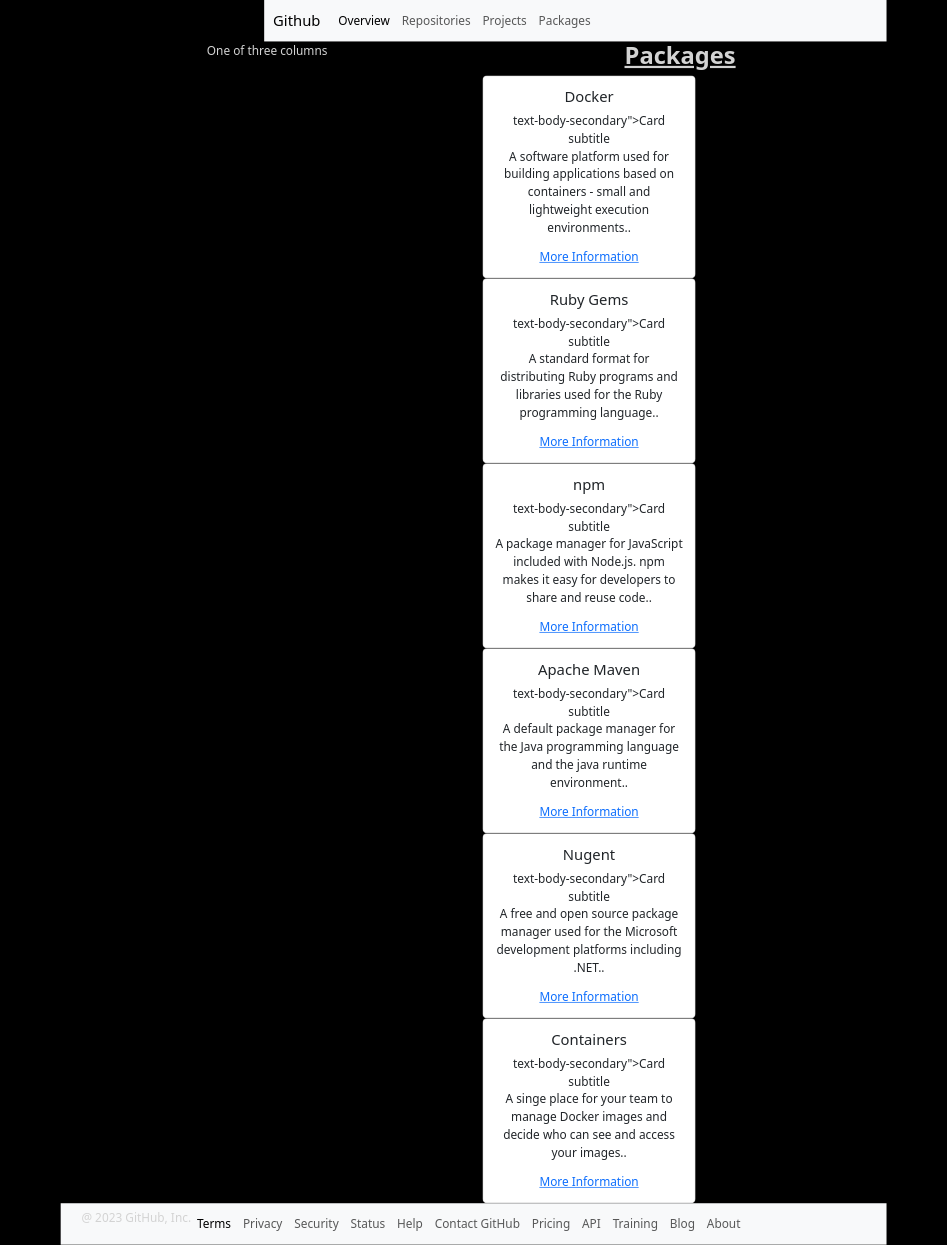
Repository: nss-evening-cohort-E23/gitsub-pull-request-posse
Page: packages.html
The author's editor kept a copy of each file at every save. The page is drawn from the files as they stood at one save, then again after the next save.
The browser window is 1280 px wide. The pictures show the whole page, at 74% of full size.

Above is the page before, as saved 2023-05-09 17:28:24.

### packages.html
<!DOCTYPE html>
<html lang="en">
<head>
  <meta charset="UTF-8">
  <meta http-equiv="X-UA-Compatible" content="IE=edge">
  <meta name="viewport" content="width=device-width, initial-scale=1.0">
  <link href="https://cdn.jsdelivr.net/npm/bootstrap@5.3.0-alpha3/dist/css/bootstrap.min.css" rel="stylesheet" integrity="sha384-KK94CHFLLe+nY2dmCWGMq91rCGa5gtU4mk92HdvYe+M/SXH301p5ILy+dN9+nJOZ" crossorigin="anonymous">
  <link rel="stylesheet" href="packages.css">
  <title>Packages</title>
</head>
<body>
  <div class="container" id="master">
    <div id="navigate">
      <nav class="navbar navbar-expand-lg bg-body-tertiary">
        <div class="container-fluid">
          <a class="navbar-brand" href="#">Github</a>
          <button class="navbar-toggler" type="button" data-bs-toggle="collapse" data-bs-target="#navbarNavAltMarkup" aria-controls="navbarNavAltMarkup" aria-expanded="false" aria-label="Toggle navigation">
            <span class="navbar-toggler-icon"></span>
          </button>
          <div class="collapse navbar-collapse" id="navbarNavAltMarkup">
            <div class="navbar-nav">
              <a class="nav-link active" aria-current="page" href="#">Overview</a>
              <a class="nav-link" href="#">Repositories</a>
              <a class="nav-link" href="#">Projects</a>
              <a class="nav-link" href="#">Packages</a>
            </div>
          </div>
        </div>
      </nav>
    </div>
   <div class="container text-center">
    <div class="row align-items-start">
    <!-- 2 columns | first column for static bio -->
    <div class="col" id="bio">
      One of three columns

    </div>
    <div class="col">
      <h2><b><u>Packages</u></b></h2>
      <div id="packages"></div>
    </div>
  </div>
</div>
<!-- Footer -->

<div class="footer">
<nav class="navbar navbar-expand-lg bg-body-tertiary">
  <div class="container-fluid">
    <a class="navbar-brand" href="#"></a>
    <button class="navbar-toggler" type="button" data-bs-toggle="collapse" data-bs-target="#navbarNav" aria-controls="navbarNav" aria-expanded="false" aria-label="Toggle navigation">
      <span class="navbar-toggler-icon"></span>
    </button>
    <div class="collapse navbar-collapse" id="footer">
      <p>@ 2023 GitHub, Inc.</p>
      <div id="ftr-links">
      <ul class="navbar-nav">
        <li class="nav-item">
          <a class="nav-link active" aria-current="page" href="#">Terms</a>
        </li>
        <li class="nav-item">
          <a class="nav-link" href="#">Privacy</a>
        </li>
        <li class="nav-item">
          <a class="nav-link" href="#">Security</a>
        </li>
        <li class="nav-item">
          <a class="nav-link" href="#">Status</a>
        </li>
        <li class="nav-item">
          <a class="nav-link" href="#">Help</a>
        </li>
      </ul>

      <ul class="navbar-nav">
        <li class="nav-item">
          <a class="nav-link" href="#">Contact GitHub</a>
        </li>
        <li class="nav-item">
          <a class="nav-link" href="#">Pricing</a>
        </li>
        <li class="nav-item">
          <a class="nav-link" href="#">API</a>
        </li>
        <li class="nav-item">
          <a class="nav-link" href="#">Training</a>
        </li>
        <li class="nav-item">
          <a class="nav-link" href="#">Blog</a>
        </li>
        <li class="nav-item">
          <a class="nav-link" href="#">About</a>
        </li>
      </ul>
    </div>
  </div>
</nav>
</div>
</div>
</div>
</div>
  <script src="main.js"></script>
</body>
</html>

### packages.css
body {
  background-color: black;
  color: lightgray;
  flex: auto;
}

#master {
  display: flex;
  flex-direction: column;
  height: 100vh;
}

#navigate {
  flex: none;

  margin-left: 275px;

}

.footer {
  margin-top: auto;
  justify-content: space-around;

}

#ftr-links {
  display: flex;
  flex-direction: row;
  justify-content: space-between;

}

#packages {


}

### main.js

const renderToDom = (divId, htmltoRender) => {
  let targetedDiv = document.getElementById(divId);
  targetedDiv.innerHTML = htmltoRender;
};

const reposCardsOnDom = () => {
  let domString = "";
  domString += `

  `;
};

// packages array
const packages = [
  {
    id: 1,
    name: 'Docker',
    description: 'A software platform used for building applications based on containers - small and lightweight execution environments.',

  },

  {
    id: 2,
    name: 'Ruby Gems',
    description: 'A standard format for distributing Ruby programs and libraries used for the  Ruby programming language.',

  },

  {
    id: 3,
    name: 'npm',
    description: 'A package manager for JavaScript included with Node.js. npm makes it easy for developers to share and reuse code.',

  },

  {
    id: 4,
    name: 'Apache Maven',
    description: 'A default package manager for the Java programming language and the java runtime environment.',

  },

  {
    id: 5,
    name: 'Nugent',
    description: 'A free and open source package manager used for the Microsoft development platforms including .NET.',

  },

  {
    id: 6,
    name: 'Containers',
    description: 'A singe place for your team to manage Docker images and decide who can see and access your images.',
  },
]

// packages
const packagesOnDom = (array) => {
  let domString = "";

// package cards
for (const package of array) {
  domString += `<div class="card" style="width: 18rem;" id="pkgs">
  <div class="card-body">
    <h5 class="card-title">${package.name}</h5>
    text-body-secondary">Card subtitle</h6>
    <p class="card-text">${package.description}.</p>
    <a href="#" class="card-link">More Information</a>
  </div>
</div>`
}
renderToDom("packages", domString);

}
packagesOnDom(packages);

const startApp = () => {
  packagesOnDom(packages);
}

startApp();

After the next save:
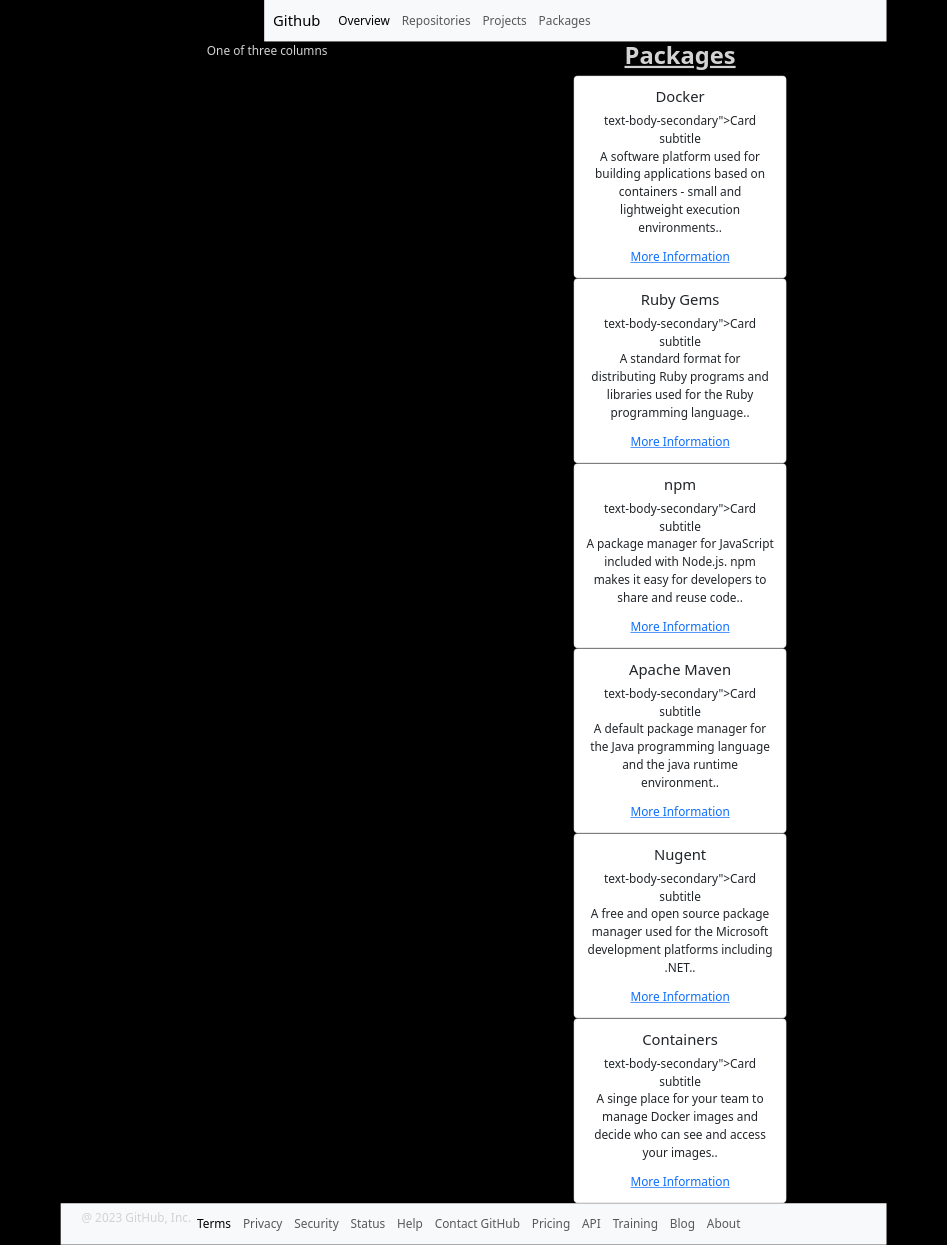
Saved 7 s later.
--- a/packages.css
+++ b/packages.css
@@ -31,6 +31,11 @@
 }
 
 #packages {
-
+  display: flex;
+  flex-direction: row;
+  flex-wrap: wrap;
+  justify-content: space-around;
+  margin: 0 auto;
+  width: 100%;
 
 }
